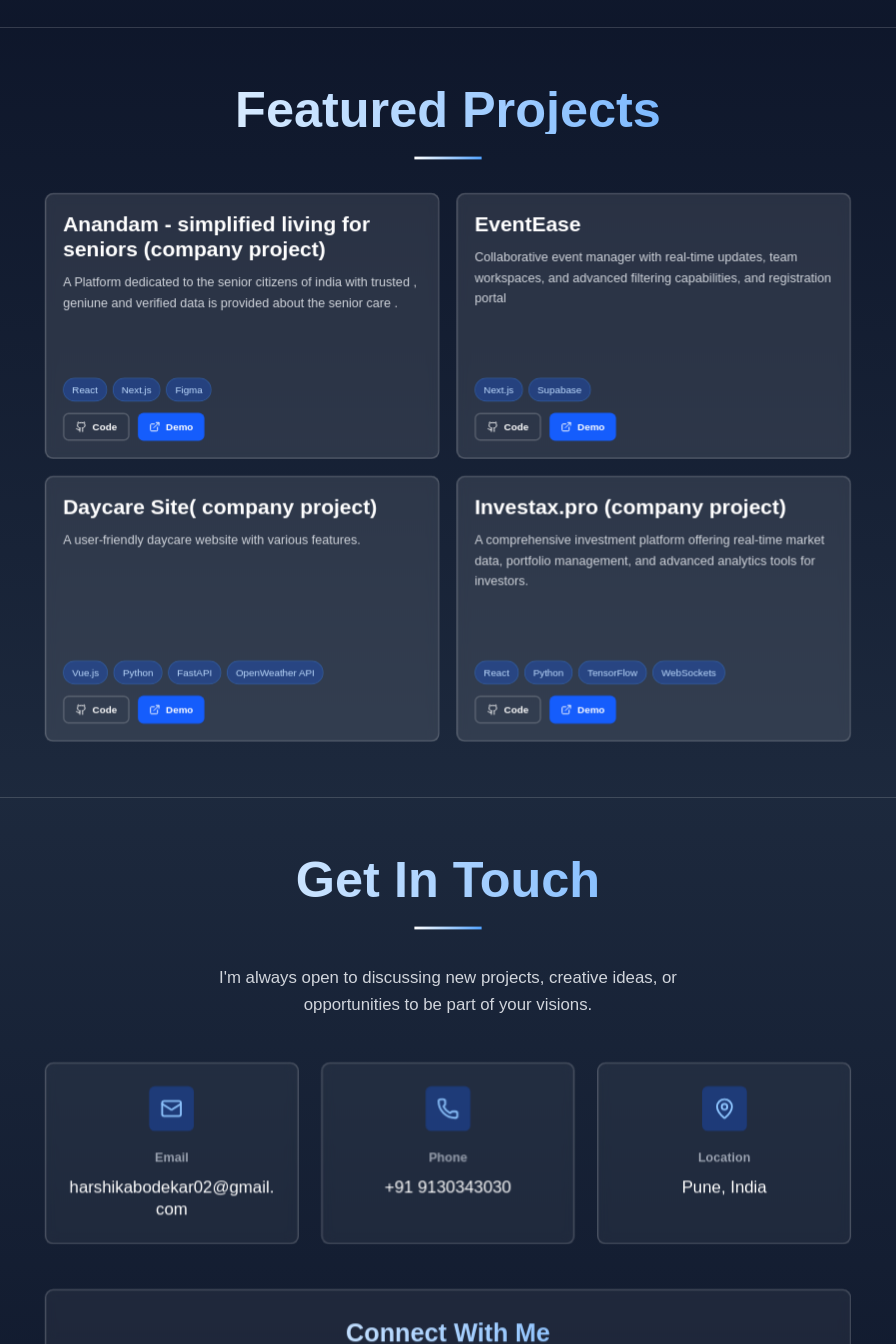
Repository: harshikabodekar/portfolio_awp
Page: /
The author's editor kept a copy of each file at every save. The page is drawn from the files as they stood at one save, then again after the next save.
The browser window is 1280 px wide. The pictures show the part of the page from y = 2694 to 4614 px (the page is 4940 px tall), at 70% of full size.
The project was rebuilt for these pictures with package versions that can differ from the ones it lists, and the page was loaded fresh each time. The framework's server and built-in components were replaced by stand-ins that run in the browser. Also part of the build but not shown: next.config.mjs.

Above is the page before, as saved 2025-10-15 21:47:22.

### src/app/page.js
import Navbar from "./components/Navbar";
import Hero from "./components/Hero";
import About from "./components/About";
import Skills from "./components/Skills";
import Project from "./components/Project";
import Contact from "./components/Contact";

export default function Home() {
  return (
    <main>
      <Navbar />
      <Hero />
      <About />
      <Skills />
      <Project />
      <Contact />
    </main>
  );
}

### src/app/components/Navbar.js
import React from 'react';

const Navbar = () => {
  return (
    <nav className="bg-gray-900 text-white py-4 px-6 fixed w-full top-0 left-0 z-50 shadow-lg">
      <div className="container mx-auto flex justify-between items-center">
        <h1 className="text-4xl font-bold">My Portfolio</h1>
        <ul className="flex space-x-12">
          <li><a href="#home" className="hover:text-blue-400 text-2xl">Home</a></li>
          <li><a href="#about" className="hover:text-blue-400 text-2xl">About</a></li>
          <li><a href="#skills" className="hover:text-blue-400 text-2xl">Skills</a></li>
          <li><a href="#projects" className="hover:text-blue-400 text-2xl">Projects</a></li>
          <li><a href="#contact" className="hover:text-blue-400 text-2xl">Contact</a></li>
        </ul>
      </div>
    </nav>
  );
};

export default Navbar;

### src/app/components/Hero.js
"use client";
import { Github, Linkedin, Mail } from 'lucide-react';
import Image from 'next/image';

const Hero = () => {
  return (
    <section
      id="home"
      className="py-20 px-6 bg-gradient-to-b from-slate-800 to-slate-900 text-white min-h-screen flex items-center justify-center"
    >
      <div className="container mx-auto px-4">
        <div className="max-w-6xl mx-auto">

          {/* Profile Image */}
          <div className="flex justify-center mb-12">
            <div className="relative w-64 h-64 md:w-80 md:h-80 rounded-full overflow-hidden border-4 border-blue-400/30 shadow-2xl">
              <Image
                src="/profile.jpeg.jpeg"
                alt="Harshika Bodekar"
                fill
                className="object-cover"
                priority
              />
            </div>
          </div>

          {/* Text Content - Centered like About page */}
          <div className="text-center">
            <h1 className="text-4xl sm:text-5xl md:text-6xl lg:text-7xl font-bold mb-8 bg-gradient-to-r from-white to-blue-400 bg-clip-text text-transparent">
              Harshika Bodekar
            </h1>
            <div className="w-24 h-1 bg-gradient-to-r from-white to-blue-400 mx-auto mb-12"></div>

            <p className="text-xl md:text-2xl lg:text-3xl text-gray-300 mb-8 leading-relaxed">
              Computer Science Student | Frontend Developer
            </p>

            <p className="text-xl md:text-2xl lg:text-3xl text-gray-300 mb-12 leading-relaxed">
              Crafting elegant digital experiences with modern technologies.
              Passionate about clean code, intuitive design, and building products that make a difference.
            </p>

            <div className="flex gap-6 justify-center">
              <a
                href="https://github.com/harshikabodekar"
                target="_blank"
                rel="noopener noreferrer"
                className="p-4 rounded-full border-2 border-white/20 hover:border-blue-400/50 transition-all duration-300 hover:bg-white/10"
                aria-label="GitHub Profile"
              >
                <Github className="w-6 h-6" />
              </a>
              <a
                href="https://linkedin.com/in/harshikabodekar"
                target="_blank"
                rel="noopener noreferrer"
                className="p-4 rounded-full border-2 border-white/20 hover:border-blue-400/50 transition-all duration-300 hover:bg-white/10"
                aria-label="LinkedIn Profile"
              >
                <Linkedin className="w-6 h-6" />
              </a>
              <a
                href="mailto:harshikabodekar02@gmail.com"
                className="p-4 rounded-full border-2 border-white/20 hover:border-blue-400/50 transition-all duration-300 hover:bg-white/10"
                aria-label="Email Contact"
              >
                <Mail className="w-6 h-6" />
              </a>
            </div>
          </div>

        </div>
      </div>
    </section>
  );
};

export default Hero;

### src/app/components/About.js
import React from 'react';

const About = () => {
  return (
    <section id="about" className="py-20 px-6 bg-gradient-to-b from-slate-900 to-slate-800 text-white">
      <div className="container mx-auto px-4">
        <div className="max-w-6xl mx-auto">
          <h2 className="text-4xl sm:text-5xl md:text-6xl lg:text-7xl font-bold mb-8 text-center bg-gradient-to-r from-white to-blue-400 bg-clip-text text-transparent">
            About Me
          </h2>
          <div className="w-24 h-1 bg-gradient-to-r from-white to-blue-400 mx-auto mb-12"></div>

          <div className="text-center">
            <p className="text-xl md:text-2xl lg:text-3xl text-gray-300 leading-relaxed mb-8">
              I am Harshika Bodekar, a Computer Science student at Pimpri Chinchwad University.
              With developing expertise in computer science, I craft robust backend solutions.
            </p>
            <p className="text-xl md:text-2xl lg:text-3xl text-gray-300 leading-relaxed mb-8">
              My journey is driven by a passion for building scalable, efficient systems that power modern applications.
              I enjoy tackling complex challenges and exploring cutting-edge tech.
            </p>
            <p className="text-xl md:text-2xl lg:text-3xl text-gray-300 leading-relaxed">
              When I'm not coding, you'll find me exploring new technologies, contributing to
              open-source projects, or sharing knowledge with the developer community.
            </p>
          </div>
        </div>
      </div>
    </section>
  );
};

export default About;

### src/app/components/Skills.js
"use client";
import React from 'react';
import { Code, Database, Layout, Server, Globe, Palette } from 'lucide-react';

const Skills = () => {
  const skillCategories = [
    {
      icon: Code,
      title: "Frontend Development",
      skills: ["React", "Next.js", "JavaScript", "TypeScript", "HTML5", "CSS3", "Tailwind CSS"]
    },
    {
      icon: Server,
      title: "Backend Development",
      skills: [ "Python", "C++", "Java"]
    },
    {
      icon: Database,
      title: "Database",
      skills: ["MongoDB", "Supabase", "MySQL"]
    },
    {
      icon: Layout,
      title: "Tools & Frameworks",
      skills: ["Git", "GitHub", "VS Code", "Figma"]
    },

    {
      icon: Palette,
      title: "Design & UI/UX",
      skills: ["UI Design", "Wireframing", "Prototyping", "User Research"]
    }
  ];

  return (
    <section id="skills" className="py-20 px-6 bg-gradient-to-b from-slate-800 to-slate-900 text-white">
      <div className="container mx-auto px-4">
        <div className="max-w-6xl mx-auto">
          <h2 className="text-4xl sm:text-5xl md:text-6xl lg:text-7xl font-bold mb-8 text-center bg-gradient-to-r from-white to-blue-400 bg-clip-text text-transparent">
            Skills & Expertise
          </h2>
          <div className="w-24 h-1 bg-gradient-to-r from-white to-blue-400 mx-auto mb-12"></div>

          <p className="text-center text-xl md:text-2xl text-gray-300 mb-16 max-w-3xl mx-auto leading-relaxed">
            A comprehensive set of technical skills and tools I use to build modern, scalable applications.
          </p>

          <div className="grid sm:grid-cols-1 md:grid-cols-2 lg:grid-cols-3 gap-6">
            {skillCategories.map((category, index) => {
              const IconComponent = category.icon;
              return (
                <div
                  key={index}
                  className="border-2 border-white/20 rounded-xl p-6 h-[280px] hover:border-blue-400/50 transition-all duration-300 backdrop-blur-sm bg-white/5 group flex flex-col"
                >
                  <div className="flex items-center gap-3 mb-6">
                    <div className="p-3 bg-blue-600/30 rounded-lg group-hover:bg-blue-600/50 transition-all duration-300">
                      <IconComponent className="w-8 h-8 text-blue-300" />
                    </div>
                    <h3 className="text-xl md:text-2xl font-bold text-white group-hover:text-blue-400 transition-colors">
                      {category.title}
                    </h3>
                  </div>

                  <div className="flex flex-wrap gap-2 flex-1 content-start">
                    {category.skills.map((skill, skillIndex) => (
                      <span
                        key={skillIndex}
                        className="px-4 py-2 bg-slate-700/50 border border-slate-600/50 rounded-full text-sm text-gray-200 hover:bg-blue-600/30 hover:border-blue-400/50 transition-all duration-300"
                      >
                        {skill}
                      </span>
                    ))}
                  </div>
                </div>
              );
            })}
          </div>
        </div>
      </div>
    </section>
  );
};

export default Skills;

### src/app/components/Project.js
import React from 'react';
import ProjectCard from './ProjectCard';
import { projectsData } from '../data/projects';

const Projects = () => {
  const projects = [
    {
      title: "Anandam - simplified living for seniors (company project)",
      description: "A Platform dedicated to the senior citizens of india with trusted , geniune and verified data is provided about the senior care .",
      tech: ["React"," Next.js","Figma"],

    },
    {
      title: "EventEase",
      description: "Collaborative event manager with real-time updates, team workspaces, and advanced filtering capabilities, and registration portal",
      tech: ["Next.js", "Supabase"],

    },
    {
      title: "Daycare Site( company project)",
      description: "A user-friendly daycare website with various features.",
      tech: ["Vue.js", "Python", "FastAPI", "OpenWeather API"],

    },
    {
      title: "Investax.pro (company project)",
      description: "A comprehensive investment platform offering real-time market data, portfolio management, and advanced analytics tools for investors.",
      tech: ["React", "Python", "TensorFlow", "WebSockets"],

    }
  ];

  return (
    <section id="projects" className="py-20 px-6 bg-gradient-to-b from-slate-900 to-slate-800 text-white">
      <div className="container mx-auto px-4">
        <div className="max-w-6xl mx-auto">
          <h2 className="text-4xl sm:text-5xl md:text-6xl lg:text-7xl font-bold mb-8 text-center bg-gradient-to-r from-white to-blue-400 bg-clip-text text-transparent">
            Featured Projects
          </h2>
          <div className="w-24 h-1 bg-gradient-to-r from-white to-blue-400 mx-auto mb-12"></div>

          <div className="grid sm:grid-cols-1 md:grid-cols-2 gap-6">
            {projects.map((project, index) => (
              <ProjectCard key={index} project={project} />
            ))}
          </div>
        </div>
      </div>
    </section>
  );
};

export default Projects;

### src/app/components/Contact.js
"use client";
import { Mail, Phone, MapPin, Github, Linkedin, Twitter } from 'lucide-react';

const Contact = () => {
  const contactInfo = [
    {
      icon: Mail,
      label: "Email",
      value: "harshikabodekar02@gmail.com",
      href: "mailto:harshikabodekar02@gmail.com"
    },
    {
      icon: Phone,
      label: "Phone",
      value: "+91 9130343030",
      href: "tel:+919130343030"
    },
    {
      icon: MapPin,
      label: "Location",
      value: "Pune, India",
      href: "#"
    }
  ];

  const socialLinks = [
    {
      icon: Github,
      label: "GitHub",
      href: "https://github.com/harshikabodekar"
    },
    {
      icon: Linkedin,
      label: "LinkedIn",
      href: "https://linkedin.com/in/harshikabodekar"
    },
    {
      icon: Twitter,
      label: "Twitter",
      href: "https://twitter.com/harshikabodekar"
    }
  ];

  return (
    <section id="contact" className="py-20 px-6 bg-gradient-to-b from-slate-800 to-slate-900 text-white">
      <div className="container mx-auto px-4">
        <div className="max-w-6xl mx-auto">
          <h2 className="text-4xl sm:text-5xl md:text-6xl lg:text-7xl font-bold mb-8 text-center bg-gradient-to-r from-white to-blue-400 bg-clip-text text-transparent">
            Get In Touch
          </h2>
          <div className="w-24 h-1 bg-gradient-to-r from-white to-blue-400 mx-auto mb-12"></div>

          <p className="text-center text-xl md:text-2xl text-gray-300 mb-16 max-w-3xl mx-auto leading-relaxed">
            I'm always open to discussing new projects, creative ideas, or opportunities to be part of your visions.
          </p>

          <div className="grid md:grid-cols-3 gap-8 mb-16">
            {contactInfo.map((info, index) => (
              <div
                key={index}
                className="border-2 border-white/20 rounded-xl p-8 hover:border-blue-400/50 transition-all duration-300 backdrop-blur-sm bg-white/5 text-center group"
              >
                <div className="inline-flex p-4 bg-blue-600/30 rounded-lg mb-6 group-hover:bg-blue-600/50 transition-all duration-300">
                  <info.icon className="w-8 h-8 text-blue-300" />
                </div>
                <h3 className="text-lg font-semibold text-gray-400 mb-3">{info.label}</h3>
                <a
                  href={info.href}
                  className="text-xl md:text-2xl text-white hover:text-blue-400 transition-colors duration-300 break-words"
                >
                  {info.value}
                </a>
              </div>
            ))}
          </div>

          <div className="border-2 border-white/20 rounded-xl p-10 backdrop-blur-sm bg-white/5">
            <h3 className="text-3xl md:text-4xl font-bold mb-8 text-center bg-gradient-to-r from-white to-blue-400 bg-clip-text text-transparent">
              Connect With Me
            </h3>

            <div className="flex justify-center gap-6 mb-10">
              {socialLinks.map((social, index) => (
                <a
                  key={index}
                  href={social.href}
                  target="_blank"
                  rel="noopener noreferrer"
                  className="p-4 rounded-full border-2 border-white/20 hover:border-blue-400/50 transition-all duration-300 hover:bg-white/10"
                  aria-label={social.label}
                >
                  <social.icon className="w-8 h-8" />
                </a>
              ))}
            </div>

            <div className="text-center">
              <a
                href="mailto:harshikabodekar02@gmail.com"
                className="inline-flex items-center gap-3 px-8 py-4 bg-blue-600 hover:bg-blue-700 rounded-full text-lg md:text-xl font-semibold transition-all duration-300 hover:shadow-lg hover:shadow-blue-500/50"
              >
                <Mail className="w-6 h-6" />
                Send Me an Email
              </a>
            </div>
          </div>
        </div>
      </div>
    </section>
  );
};

export default Contact;

### src/app/components/ProjectCard.js
"use client";
import { Github, ExternalLink } from 'lucide-react';

const ProjectCard = ({ project }) => {
  return (
    <div className="bg-white/10 backdrop-blur-sm border-2 border-white/20 rounded-xl p-6 h-[380px] hover:border-blue-400/50 transition-all duration-300 group flex flex-col">
      <h3 className="text-2xl md:text-3xl font-bold mb-4 text-white group-hover:text-blue-400 transition-colors">
        {project.title}
      </h3>

      <p className="text-base md:text-lg text-gray-300 mb-4 leading-relaxed flex-grow">
        {project.description}
      </p>

      <div className="flex flex-wrap gap-2 mb-4">
        {project.tech.map((tech, index) => (
          <span
            key={index}
            className="px-3 py-1.5 bg-blue-600/30 border border-blue-400/30 rounded-full text-sm text-blue-200 font-medium"
          >
            {tech}
          </span>
        ))}
      </div>

      <div className="flex gap-3">
        <a
          href={project.github}
          target="_blank"
          rel="noopener noreferrer"
          className="flex items-center gap-2 px-4 py-2 border-2 border-white/20 rounded-lg hover:border-blue-400/50 hover:bg-white/10 transition-all duration-300 text-sm font-semibold"
        >
          <Github className="w-4 h-4" />
          Code
        </a>
        <a
          href={project.demo}
          target="_blank"
          rel="noopener noreferrer"
          className="flex items-center gap-2 px-4 py-2 bg-blue-600 hover:bg-blue-700 rounded-lg transition-all duration-300 text-sm font-semibold"
        >
          <ExternalLink className="w-4 h-4" />
          Demo
        </a>
      </div>
    </div>
  );
};

export default ProjectCard;

Loaded but not shown: src/app/layout.js (common file); src/app/globals.css (common file); src/app/data/projects.js (no stored copy; drawn as an empty file)

After the next save:
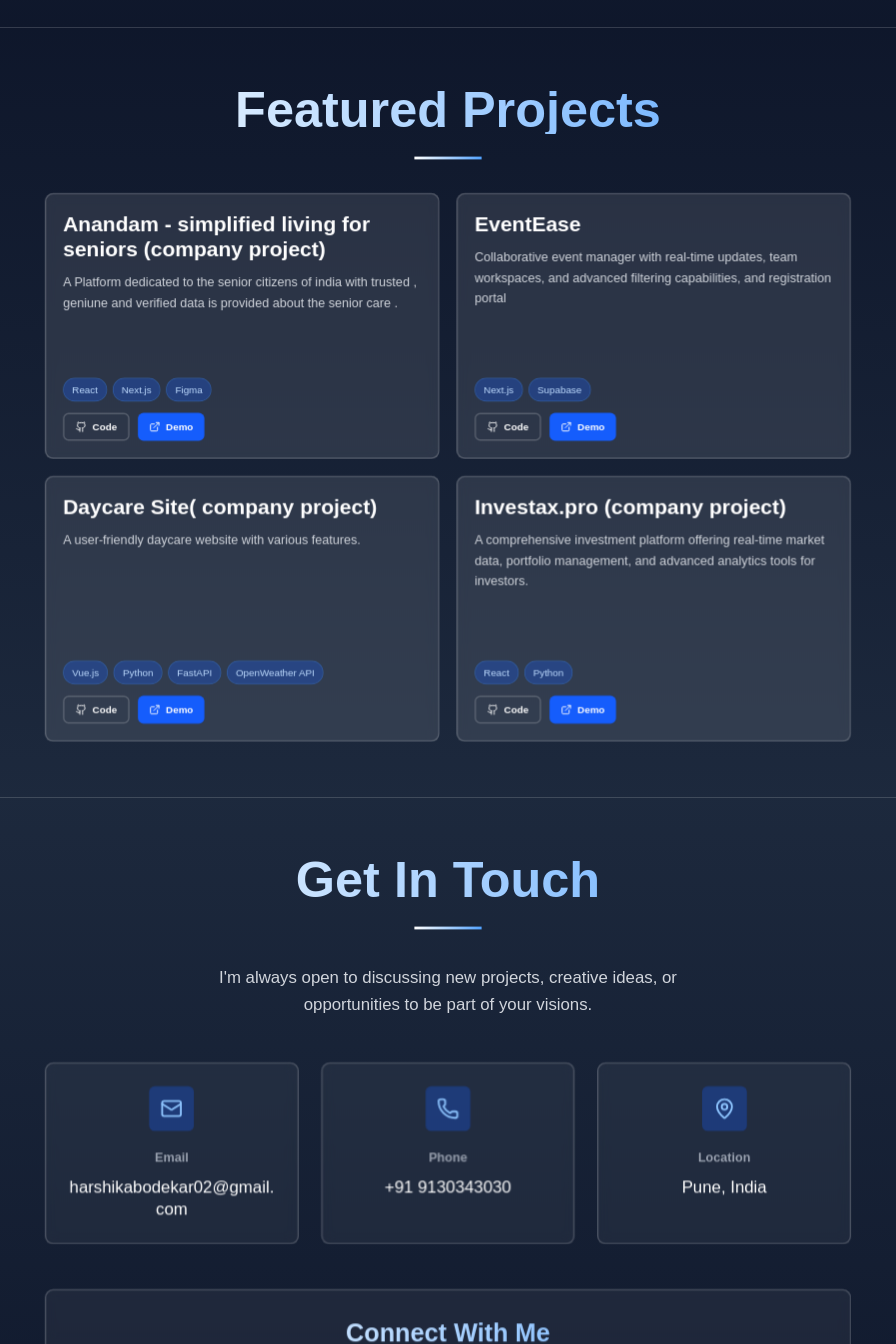
Saved 11 s later.
--- a/src/app/components/Project.js
+++ b/src/app/components/Project.js
@@ -25,7 +25,7 @@ const Projects = () => {
     {
       title: "Investax.pro (company project)",
       description: "A comprehensive investment platform offering real-time market data, portfolio management, and advanced analytics tools for investors.",
-      tech: ["React", "Python", "TensorFlow", "WebSockets"],
+      tech: ["React", "Python", ],
 
     }
   ];
